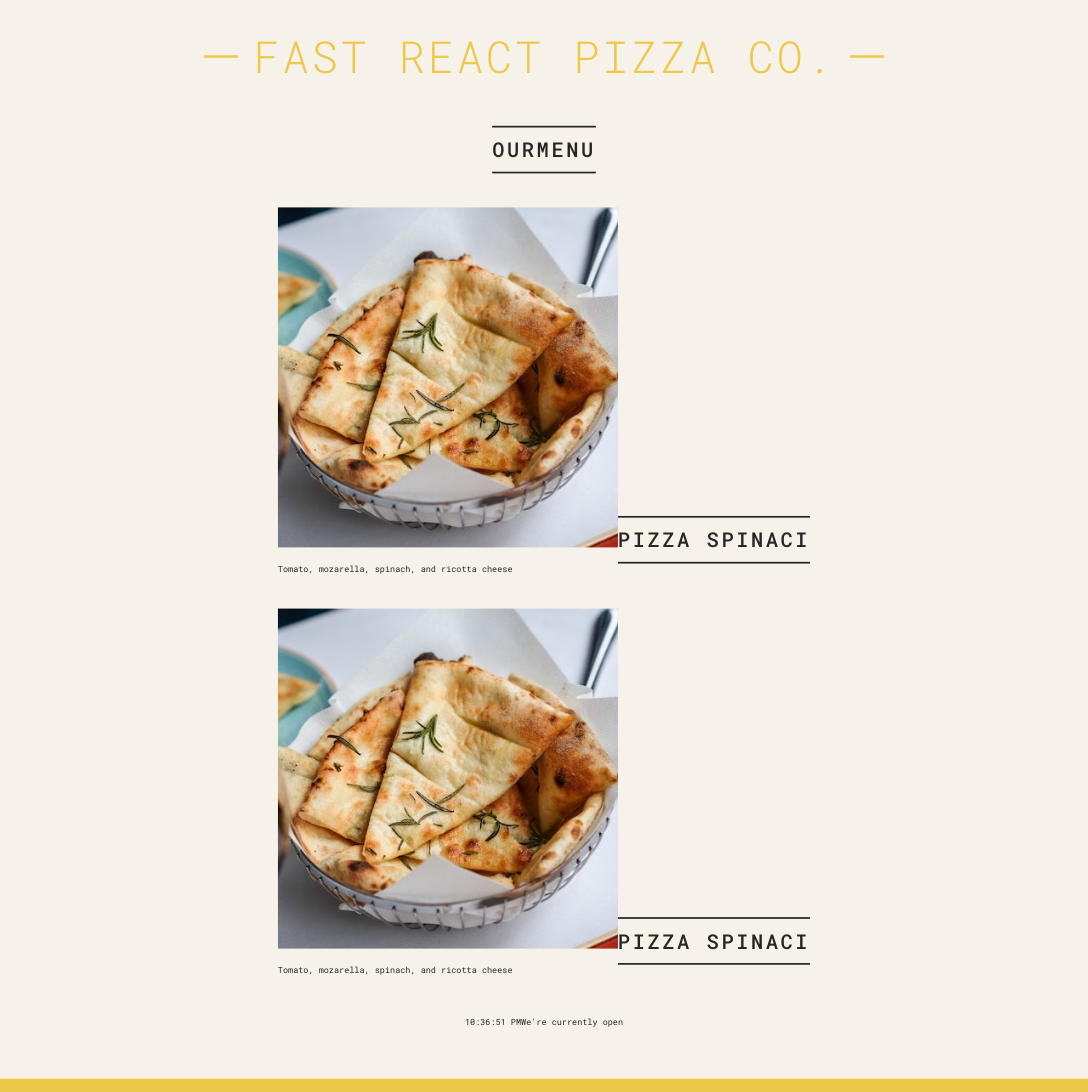
Repository: DhaWork/1-react-dasar-udemy-25
Page: /
These files come from the project's save history. The page is drawn as it stood at one moment and after a run of saves; the edit follows.
The browser window is 1280 px wide. The pictures show the whole page, at 85% of full size.
The project was rebuilt for these pictures with package versions that can differ from the ones it lists, and the page was loaded fresh each time.

Above is the page before, as saved 2025-04-02 11:51:47.

After the next 2 saves:
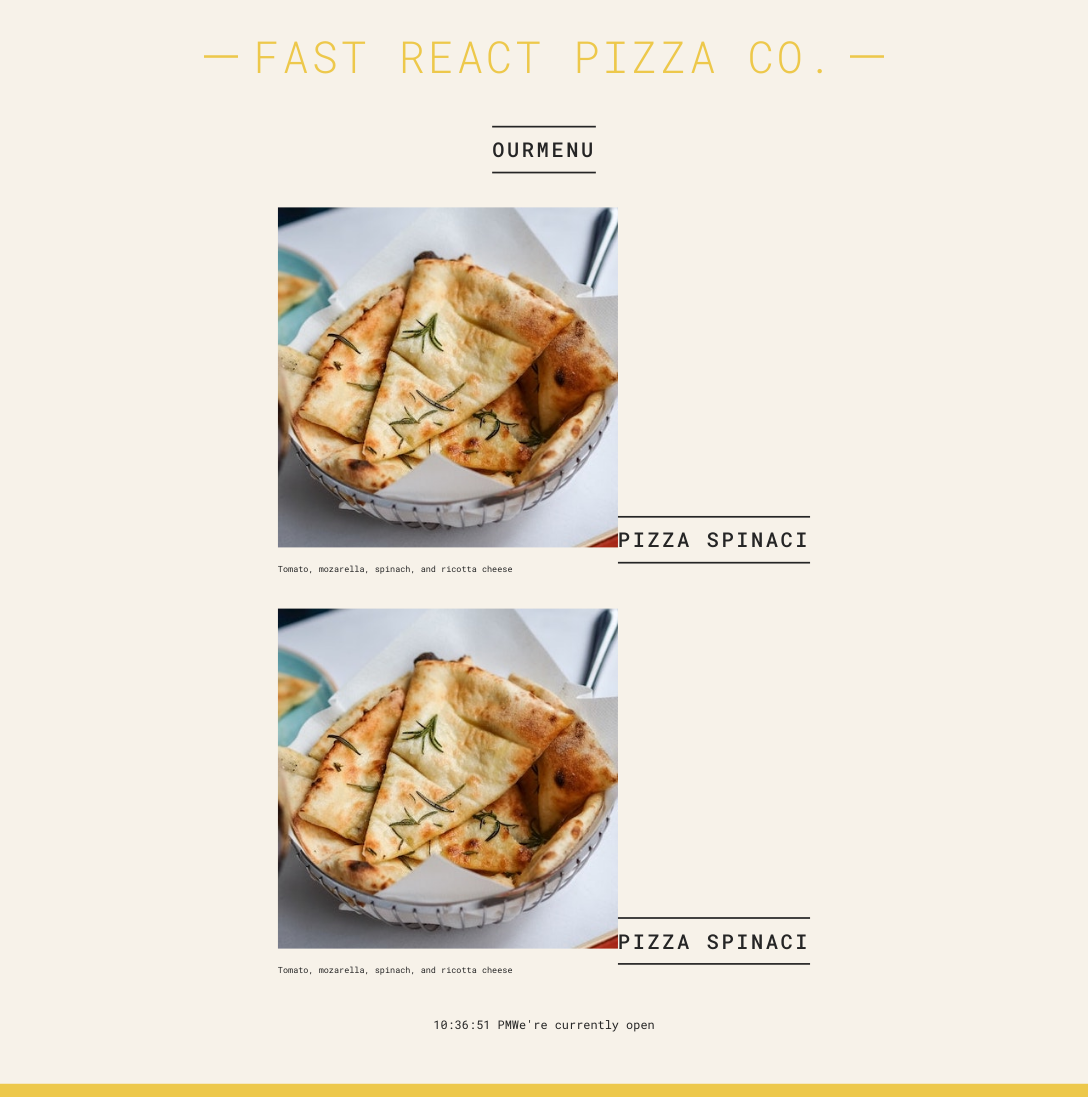
The 2 saves are shown as one change because they came seconds apart.
The last was saved 21 s later.
--- a/src/index.js
+++ b/src/index.js
@@ -90,7 +90,7 @@ function Footer() {
     //     else alert("we're closed")
 
     return (
-        <footer> {new Date().toLocaleTimeString()}
+        <footer className="footer"> {new Date().toLocaleTimeString()}
             We're currently open
         </footer>
     )
